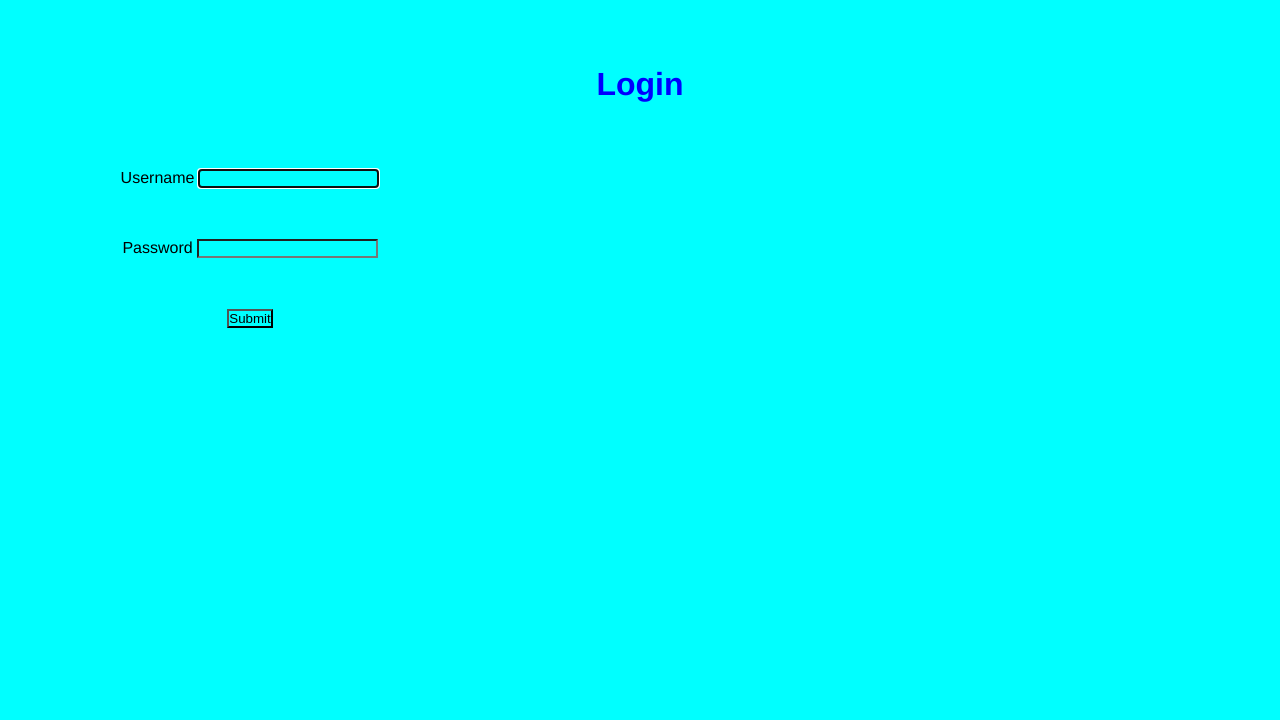
Repository: shreyajadhav13/TP_RP_05
Page: intermediate/form.html
An editor plug-in stored every save of this project. The page is shown before and after the next save, followed by the edit.
The browser window is 1280 px wide. The pictures show the whole page.

Above is the page before, as saved 2024-06-20 14:27:57.

After the next save:
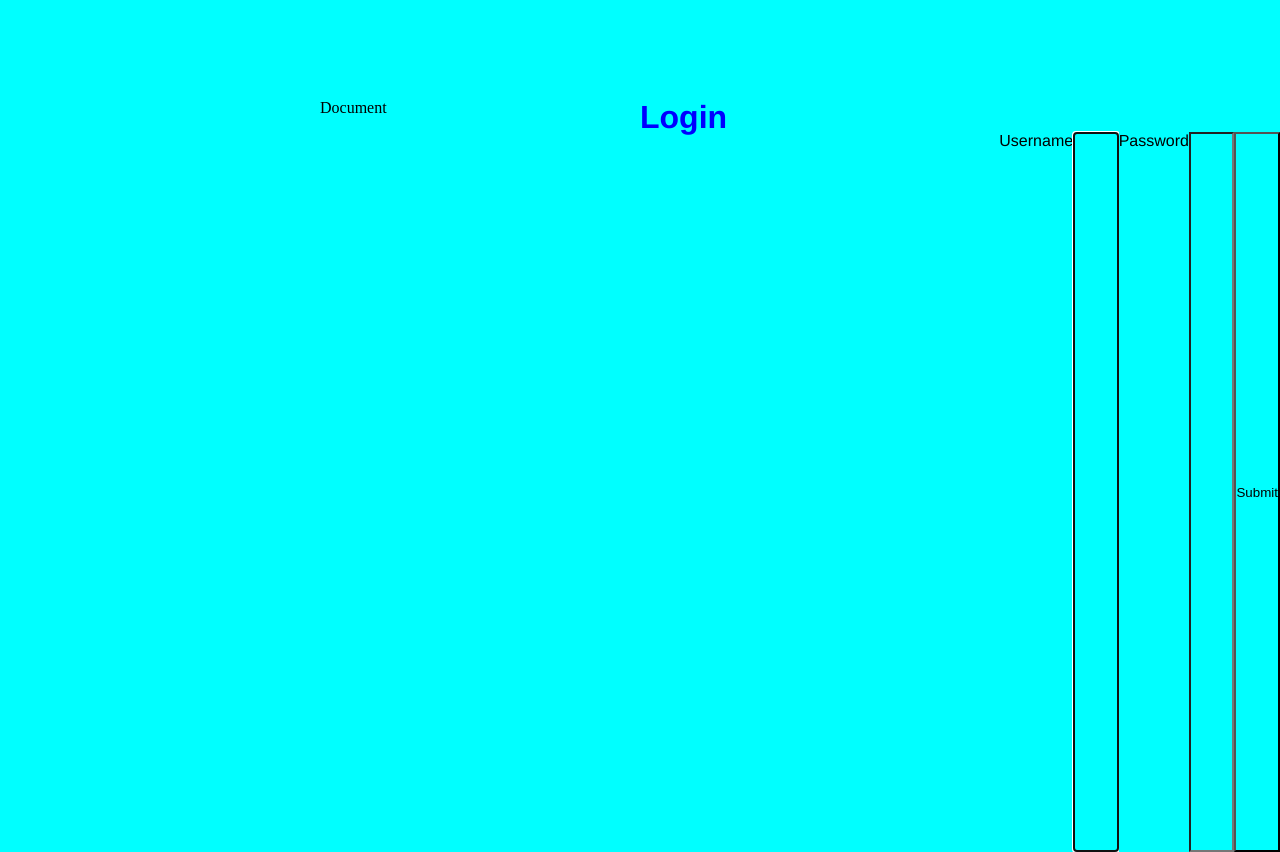
Saved 51 s later.
--- a/intermediate/assets/style.css
+++ b/intermediate/assets/style.css
@@ -7,6 +7,9 @@
     box-sizing: border-box;
     background-color: aqua;
     margin-top: 33px;
+    display: flex;
+    height: 100vh;
+    width: 100%;
 
 }
 
